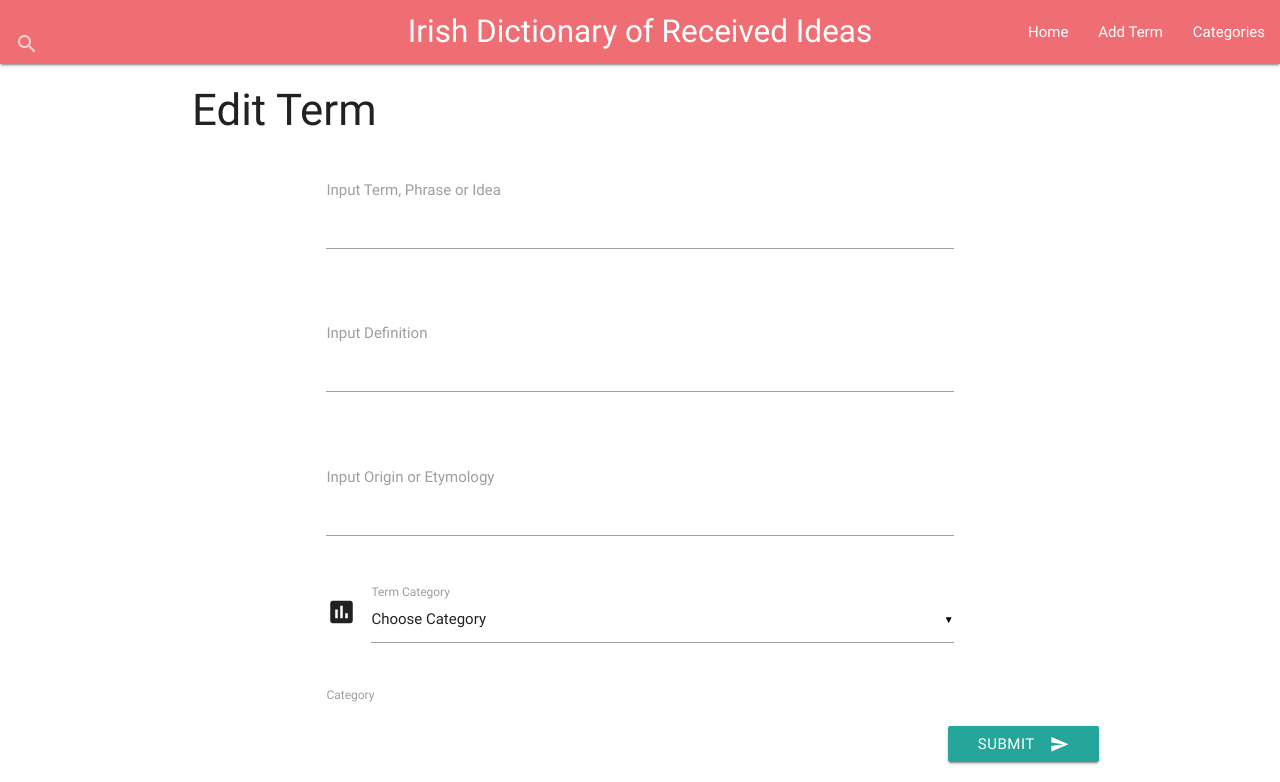
Repository: kalkiboru111/irish-dictionary-of-received-ideas
Page: templates/edit_term.html
The author's editor kept a record of every edit. The page is drawn from the files as they stood at one moment, then again after the next edit.
The browser window is 1280 px wide. The pictures show the whole page.
Some web libraries are served in a nearby version. The page is served by the project's application, run on Flask 3 (app.py). The template is opened directly, without the code that normally fills it, so the values that code supplies are empty.

Above is the page before.
Console error: TypeError: $(...).sidenav is not a function

After the next edit:
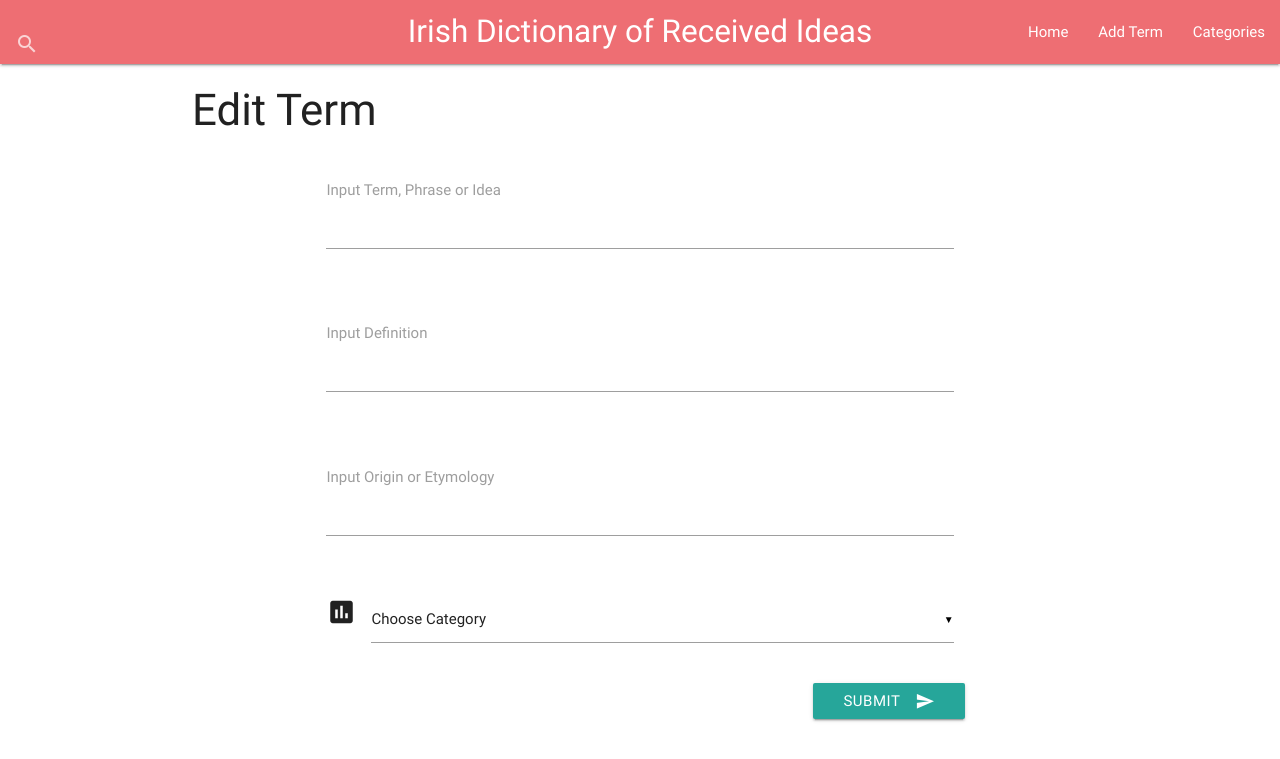
The edit:
--- a/templates/edit_term.html
+++ b/templates/edit_term.html
@@ -26,22 +26,16 @@
       </div>
       <!-- Materialize select not currently functioning correctly. -->
       <div class="row">
-              <div class="input-field col s12">
-                    <i class="material-icons prefix">poll</i>
-                    <select id="category" name="category_name">
+        <div class="input-field col s12">
+          <i class="material-icons prefix">poll</i>
+          <select id="category" name="category_name">
                   <option value="" disabled selected>Choose Category</option>
                   {% for cat in categories %}
                       <option value="{{cat.category_name}}">{{cat.category_name}}</option>
                   {% endfor %}
-                </select>
-                    <label>Term Category</label>
-                </div>
-            </div>
-
-          <label>Category</label>
+          </select>
         </div>
       </div>
-
       <div class="row">
         <button class="btn waves-effect waves-light right" type="submit" name="action">Submit
           <i class="material-icons right">send</i>
